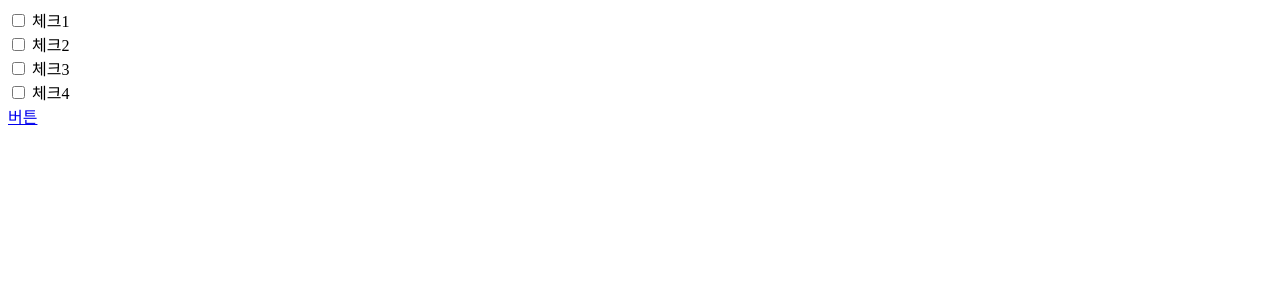
Repository: BangHoJung/jsp2
Page: http://localhost/CheckBox_File/checkBox.jsp
The author's editor kept a copy of each file at every save. The page is drawn from the files as they stood at one save, then again after the next save.
The browser window is 1280 px wide. The pictures show the whole page.
The page is served by Tomcat 9.

Above is the page before, as saved 2021-01-15 03:50:40.

After the next save:
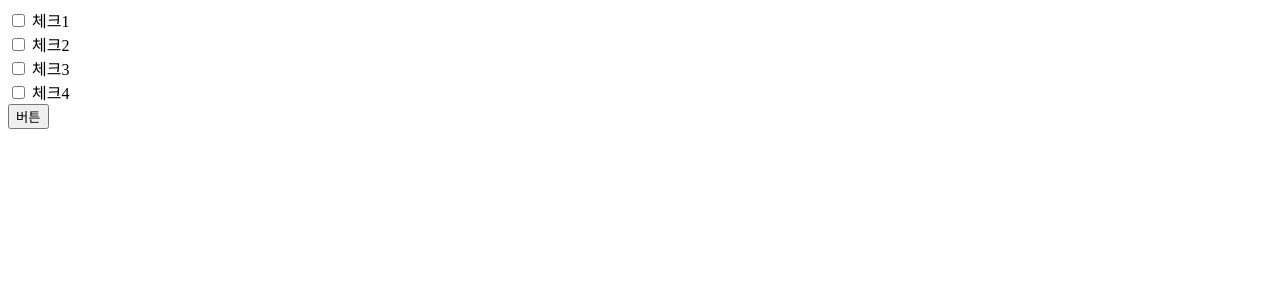
Saved 37 s later.
--- a/CheckBox_File/WebContent/checkBox.jsp
+++ b/CheckBox_File/WebContent/checkBox.jsp
@@ -7,10 +7,12 @@
 <title>Insert title here</title>
 </head>
 <body>
-	<input type="checkbox" value="chk1" name="chk"> 체크1<br>
-	<input type="checkbox" value="chk2" name="chk"> 체크2<br>
-	<input type="checkbox" value="chk3" name="chk"> 체크3<br>
-	<input type="checkbox" value="chk4" name="chk"> 체크4<br>
-	<a href="CheckBoxServlet" type="">버튼</a>
+	<form action="CheckBoxServlet">
+		<input type="checkbox" value="chk1" name="chk"> 체크1<br>
+		<input type="checkbox" value="chk2" name="chk"> 체크2<br>
+		<input type="checkbox" value="chk3" name="chk"> 체크3<br>
+		<input type="checkbox" value="chk4" name="chk"> 체크4<br>
+		<button>버튼</button>
+	</form>
 </body>
 </html>
